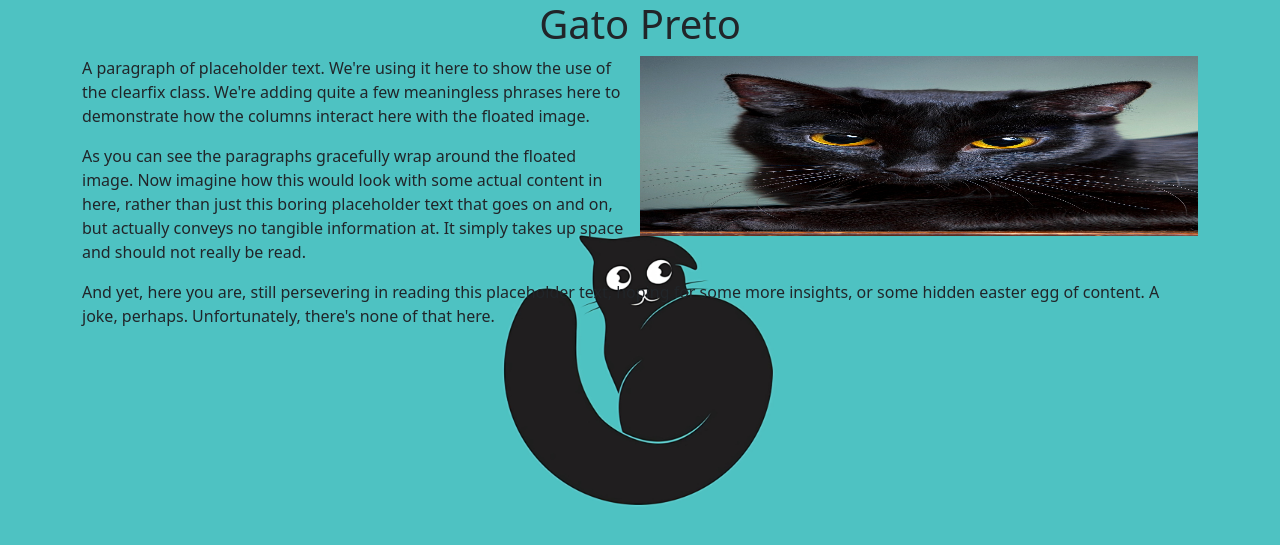
Repository: SktYzu/gatitu
Page: index.html
The author's editor kept a copy of each file at every save. The page is drawn from the files as they stood at one save, then again after a run of saves.
The browser window is 1280 px wide. The pictures show the whole page.

Above is the page before, as saved 2023-11-27 15:02:33.

After the next 2 saves:
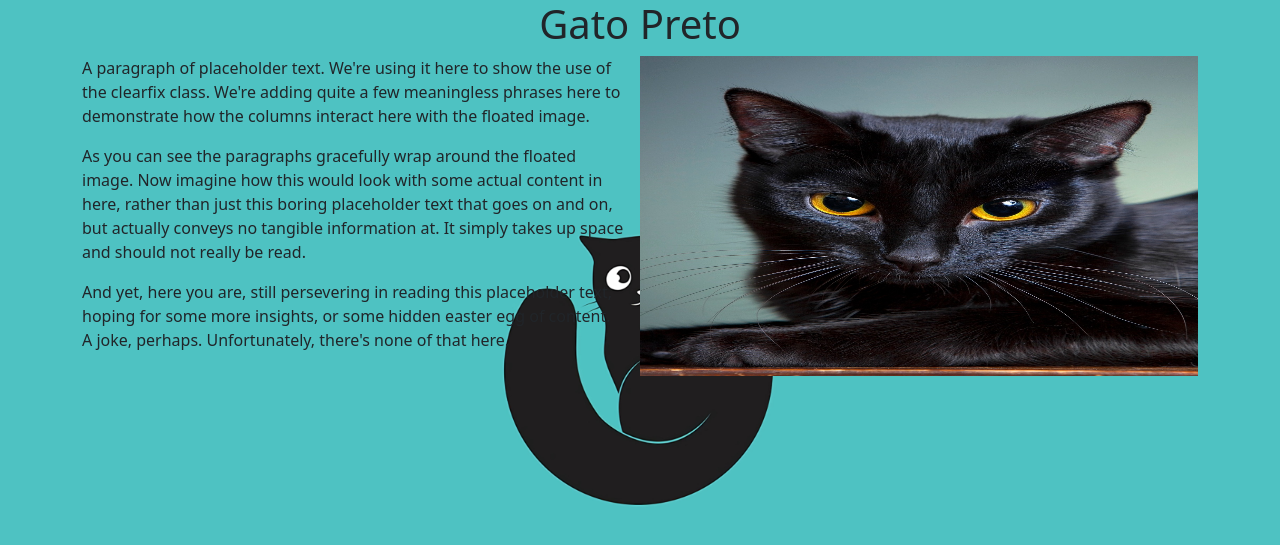
The 2 saves are shown as one change because they came seconds apart.
The last was saved 7 s later.
--- a/index.html
+++ b/index.html
@@ -23,7 +23,7 @@
     <div class="container">
 
         <div class="clearfix">
-            <img src="preto.jpg" class="col-md-6 float-md-end mb-3 ms-md-3" alt="..." width="400" height="180">
+            <img src="preto.jpg" class="col-md-6 float-md-end mb-3 ms-md-3" alt="..." width="180" height="320">
 
             <p>
                 A paragraph of placeholder text. We're using it here to show the use of the clearfix class. We're adding

After the 2 saves that followed:
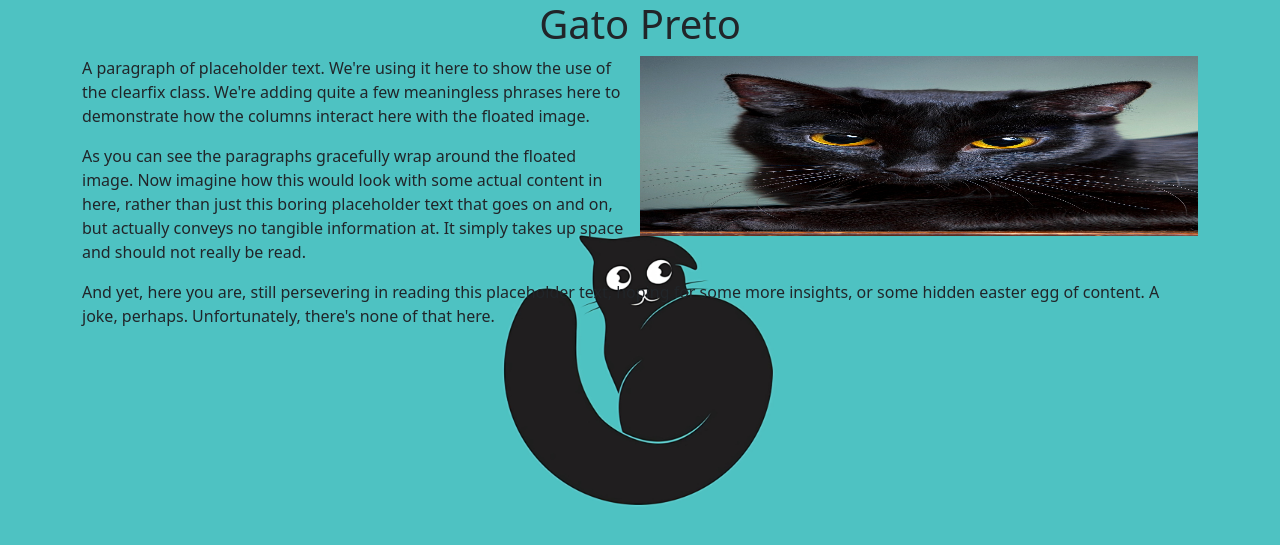
The 2 saves are shown as one change because they came seconds apart.
The last was saved 15 s later.
--- a/index.html
+++ b/index.html
@@ -23,7 +23,7 @@
     <div class="container">
 
         <div class="clearfix">
-            <img src="preto.jpg" class="col-md-6 float-md-end mb-3 ms-md-3" alt="..." width="180" height="320">
+            <img src="preto.jpg" class="col-md-6 float-md-end mb-3 ms-md-3" alt="..." width="320" height="180">
 
             <p>
                 A paragraph of placeholder text. We're using it here to show the use of the clearfix class. We're adding
